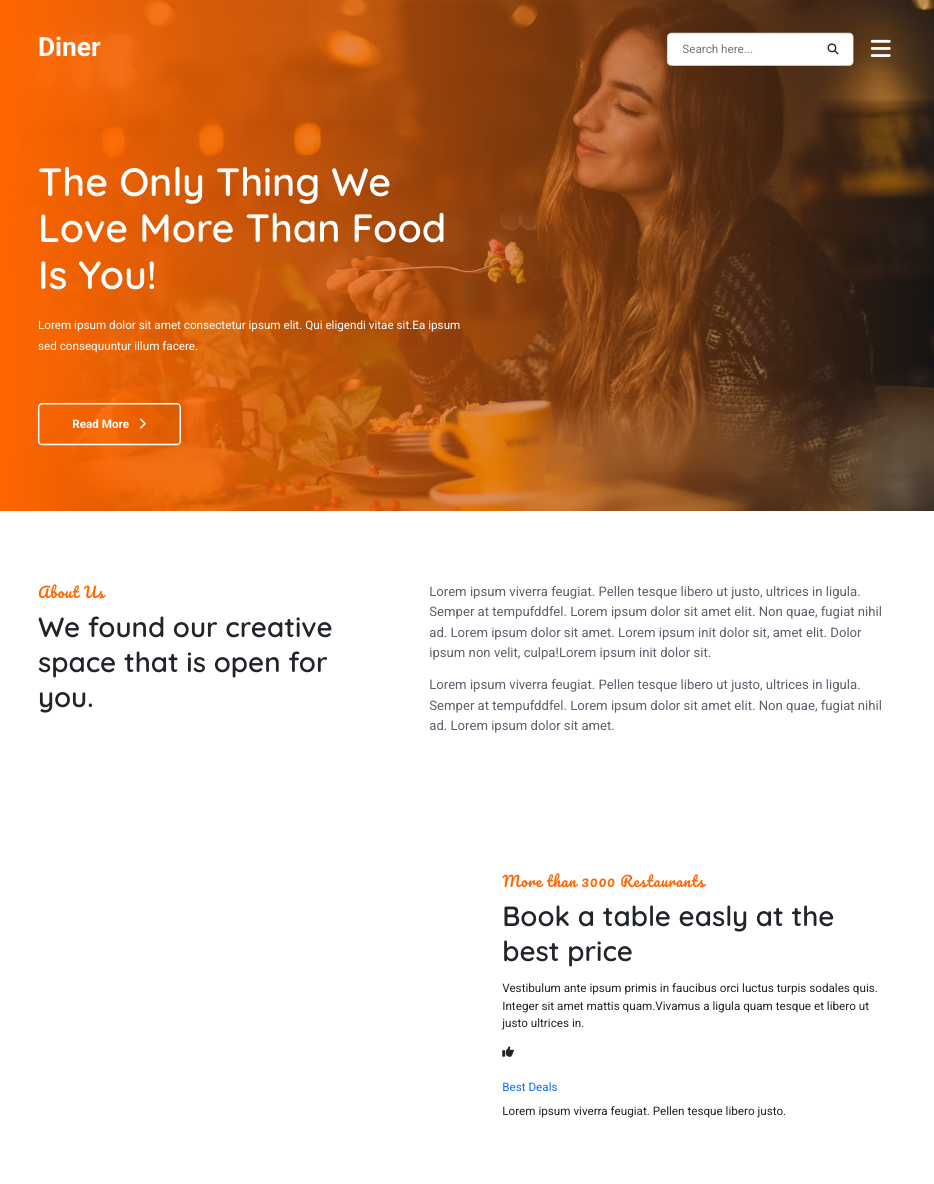
Repository: minhtrivu6199/Diner
Page: index.html
These files come from the project's save history. The page is drawn as it stood at one moment and after the next save; the edit follows.
The browser window is 1280 px wide. The pictures show the whole page, at 73% of full size.
Backgrounds fixed to the window are drawn as part of the page. The style sheet was rebuilt from its Sass, Less or Tailwind sources for each picture, by a compiler version that may differ from the author's.

Above is the page before, as saved 2022-10-10 15:41:45.

After the next save:
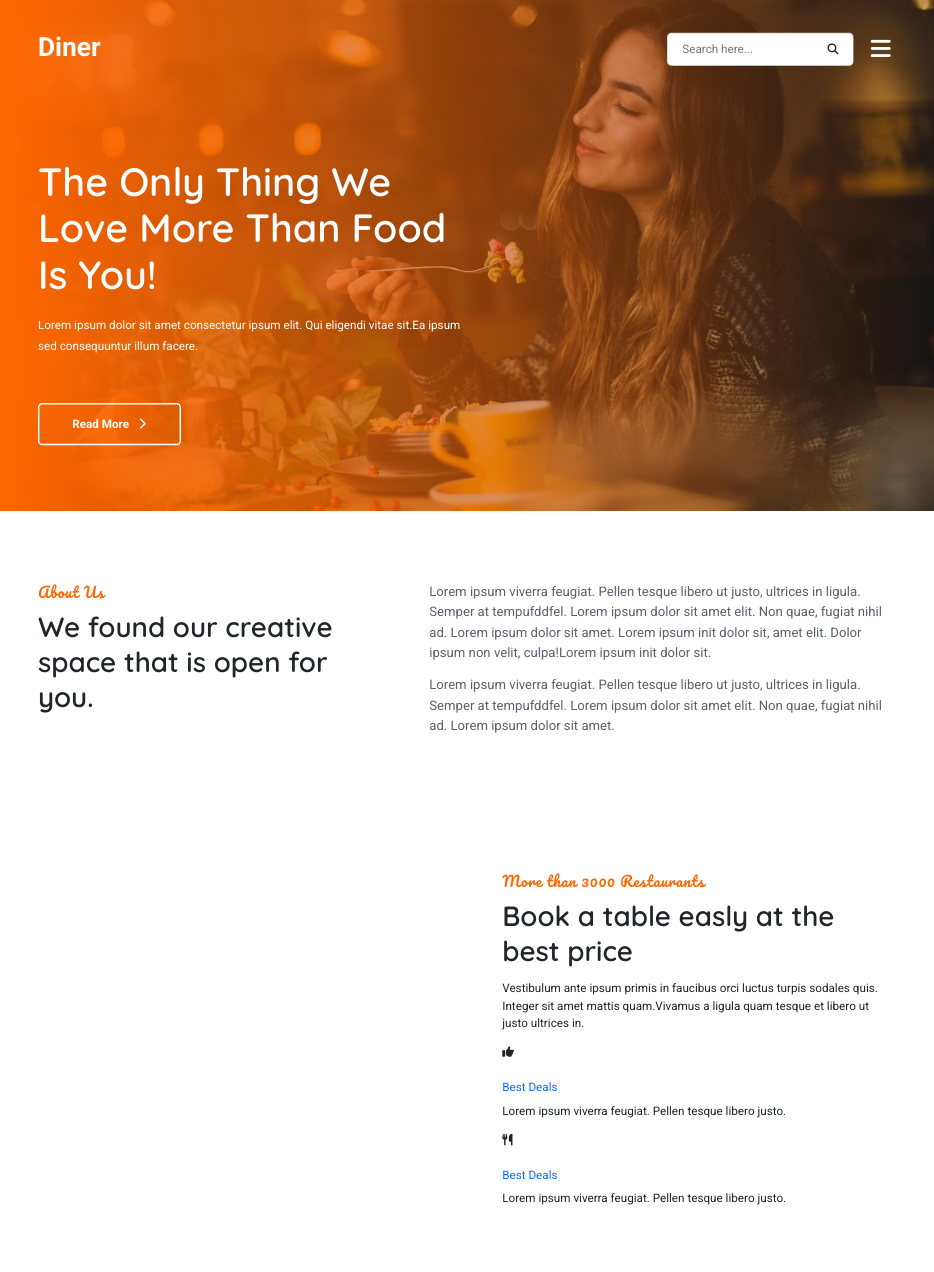
Saved 36 s later.
--- a/index.html
+++ b/index.html
@@ -179,6 +179,15 @@
                     Lorem ipsum viverra feugiat. Pellen tesque libero justo.
                   </p>
                 </div>
+                <div class="gd">
+                  <div class="icon mb-4">
+                    <span class="fa fa-cutlery"></span>
+                  </div>
+                  <a href="#" class="gd-link">Best Deals</a>
+                  <p class="mt-2">
+                    Lorem ipsum viverra feugiat. Pellen tesque libero justo.
+                  </p>
+                </div>
               </div>
             </div>
           </div>
